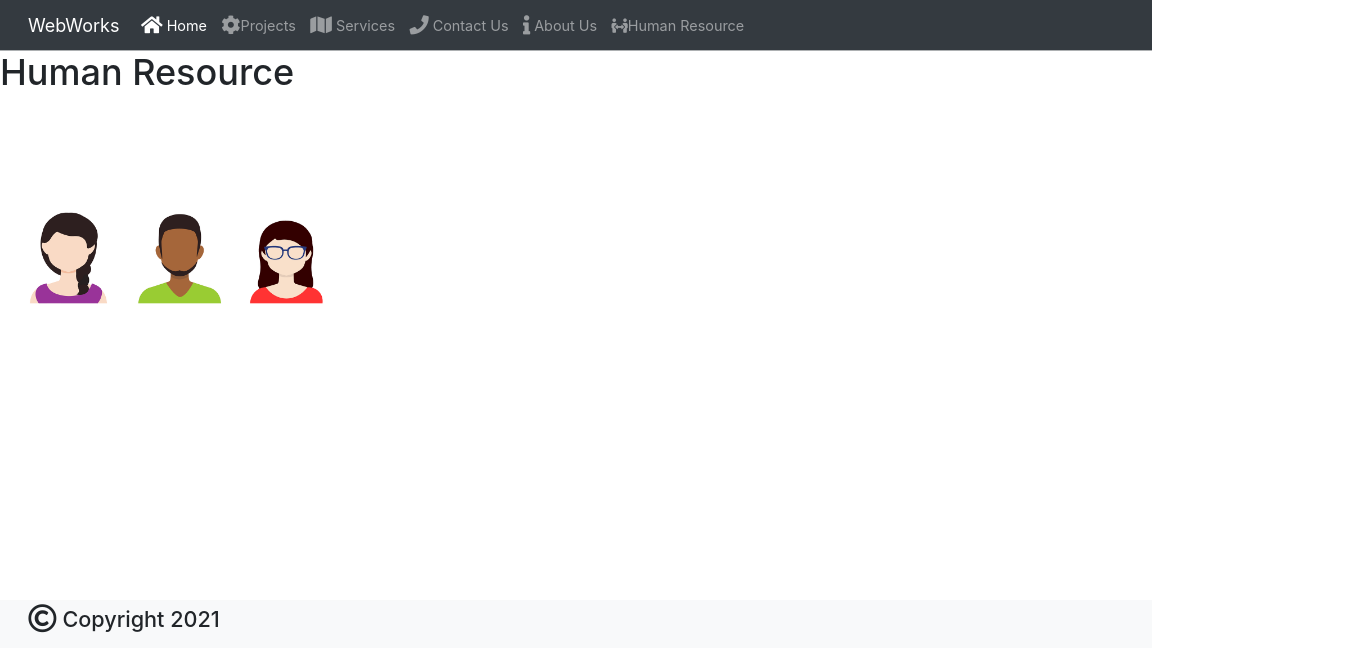
Repository: JonathonWager/Webd6202Lab1
Page: human_resource.html
An editor plug-in stored every save of this project. The page is shown before and after the next save, followed by the edit.
The browser window is 1280 px wide. The page is 1280 px wide, then 1500 px, so the pictures cover 1500 px, including what lies to the right of the window. The pictures show the whole page, at 90% of full size.

Above is the page before, as saved 2021-02-05 20:24:16.
Not found: Content/app.css

After the next save:
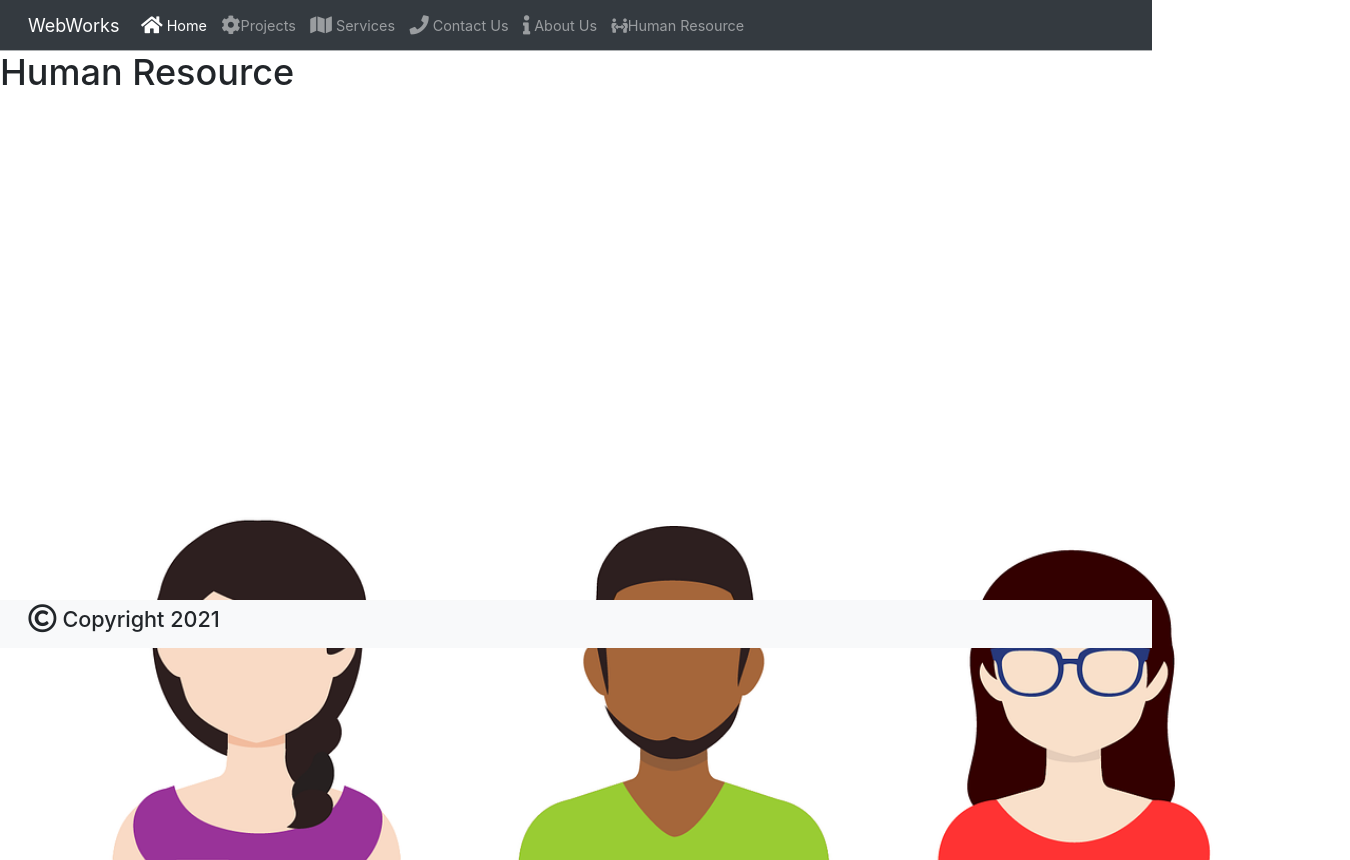
Saved 8 s later.
--- a/human_resource.html
+++ b/human_resource.html
@@ -49,7 +49,7 @@
     <main>
     <h1>Human Resource</h1>
       <div id="AboutAaronContent"> </div>
-      <img src="/Pictures/Human Resources Page/HRPicture.png" width = 400px; alt="Deck of Cards">
+      <img src="/Pictures/Human Resources Page/HRPicture.png" width = 1500x; alt="Deck of Cards">
   </main>
 
     <!-- Main Footer -->
